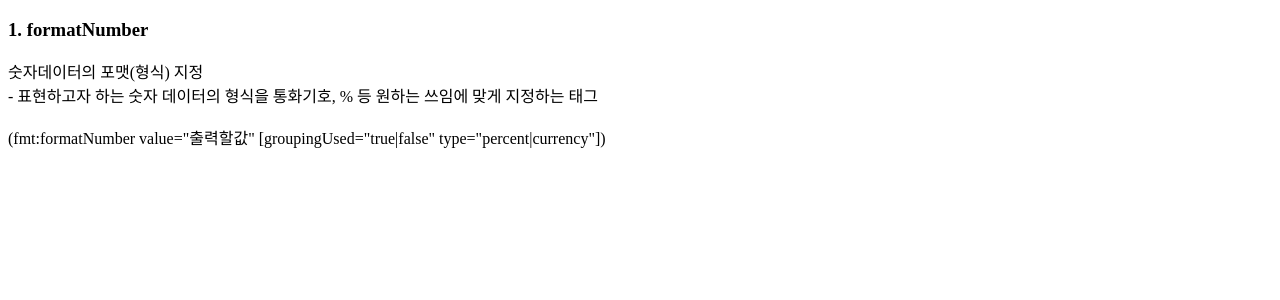
Repository: Young-27/DailyStudy
Page: http://localhost/actionProject/views/3_customAction/02_fmt.jsp
These files come from the project's save history. The page is drawn as it stood at one moment and after the next save; the edit follows.
The browser window is 1280 px wide. The pictures show the whole page.
The page is served by Tomcat 9.

Above is the page before, as saved 2021-06-18 06:50:13.

After the next save:
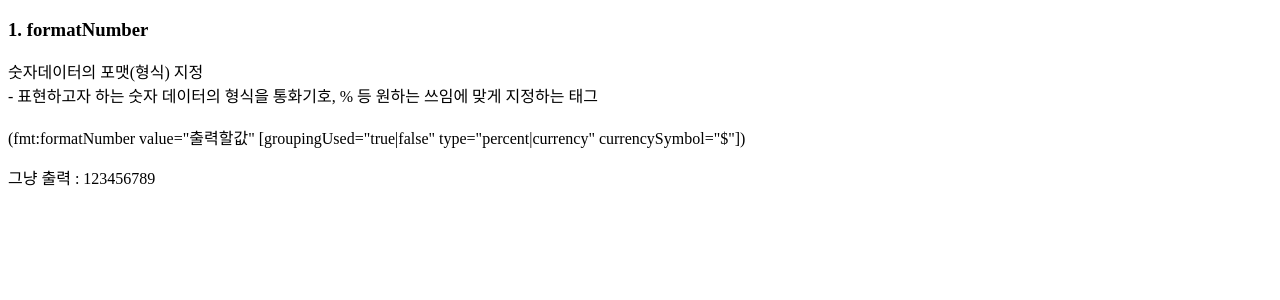
Saved 3 min 36 s later.
--- a/Server/web-workspace2/actionProject/WebContent/views/3_customAction/02_fmt.jsp
+++ b/Server/web-workspace2/actionProject/WebContent/views/3_customAction/02_fmt.jsp
@@ -14,12 +14,16 @@
 		숫자데이터의 포맷(형식) 지정 <br>
 		- 표현하고자 하는 숫자 데이터의 형식을 통화기호, % 등 원하는 쓰임에 맞게 지정하는 태그 <br><br>
 
-		(fmt:formatNumber value="출력할값" [groupingUsed="true|false" type="percent|currency"])
+		(fmt:formatNumber value="출력할값" [groupingUsed="true|false" type="percent|currency" currencySymbol="$"])
 	</p>
 
 	<c:set var="num1" value="123456789"/>
 	<c:set var="num2" value="0.75"/>
 	<c:set var="num3" value="50000"/>
 
+	그냥 출력 : ${ num1 } <br>
+
+
+
 </body>
 </html>
